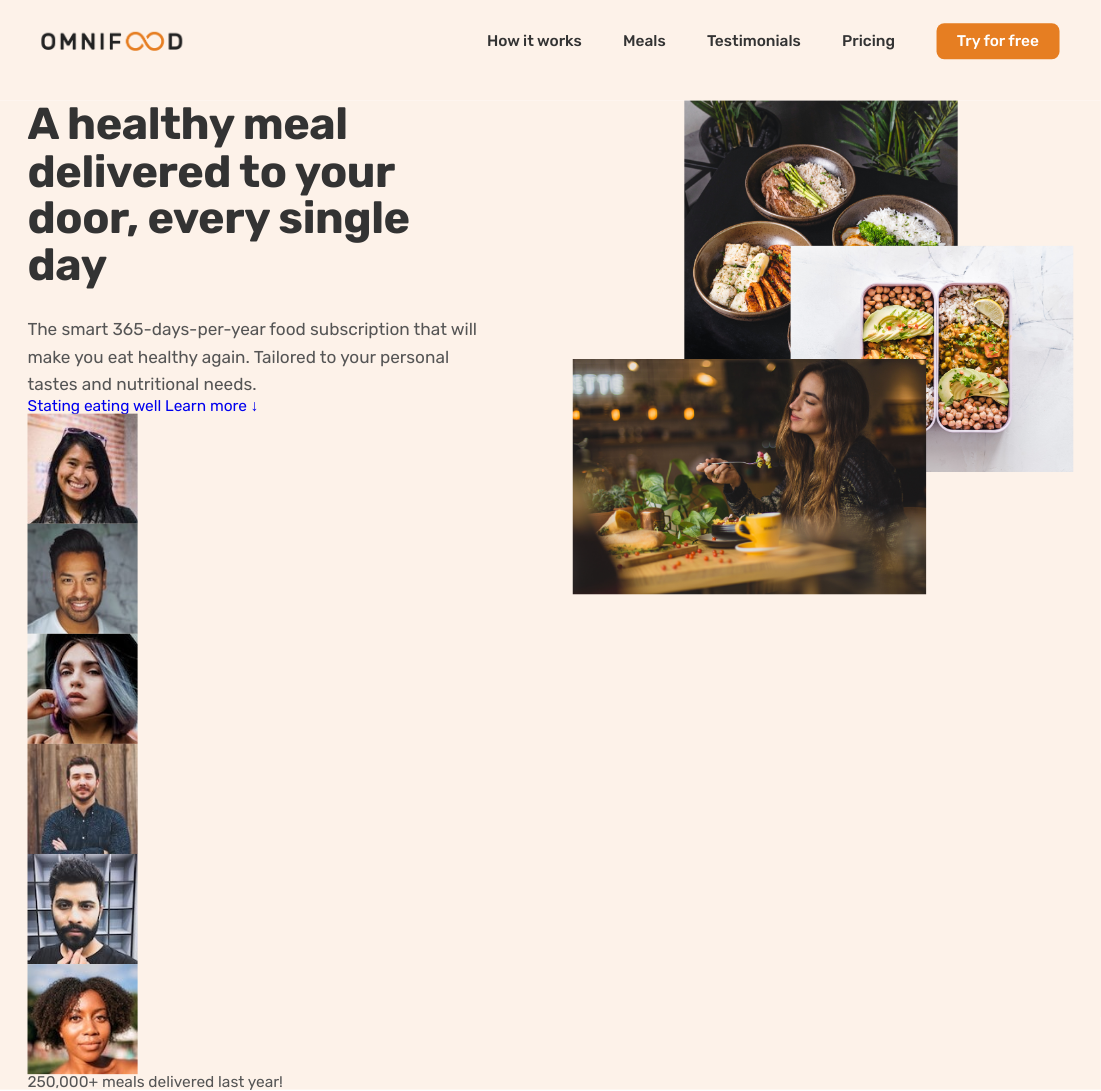
Repository: longvuht/omnifood-vu-nl
Page: index.html
These files come from the project's save history. The page is drawn as it stood at one moment and after the next save; the edit follows.
The browser window is 1280 px wide. The pictures show the whole page, at 86% of full size.
The style sheet was rebuilt from its Sass, Less or Tailwind sources for each picture, by a compiler version that may differ from the author's.

Above is the page before, as saved 2022-09-18 18:03:55.

After the next save:
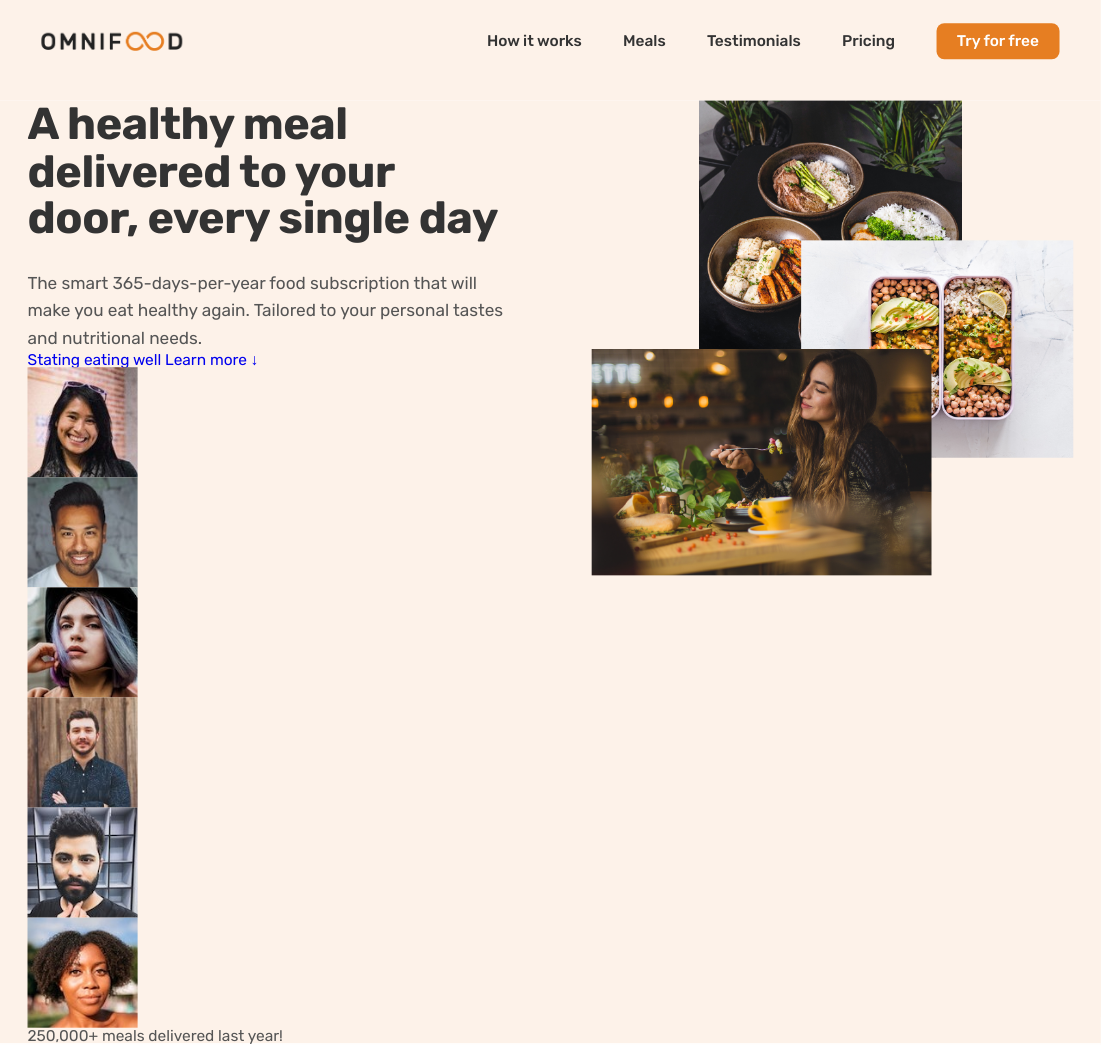
Saved 74 s later.
--- a/sass/_hero.scss
+++ b/sass/_hero.scss
@@ -4,8 +4,8 @@
     max-width: 130rem;
     margin: 0 auto;
     padding: 0 3.2rem;
-    display: flex;
-    justify-content: space-between;
+    display: grid;
+    grid-template-columns: 1fr 1fr;
     gap: 0 9.6rem;
   }
 }
